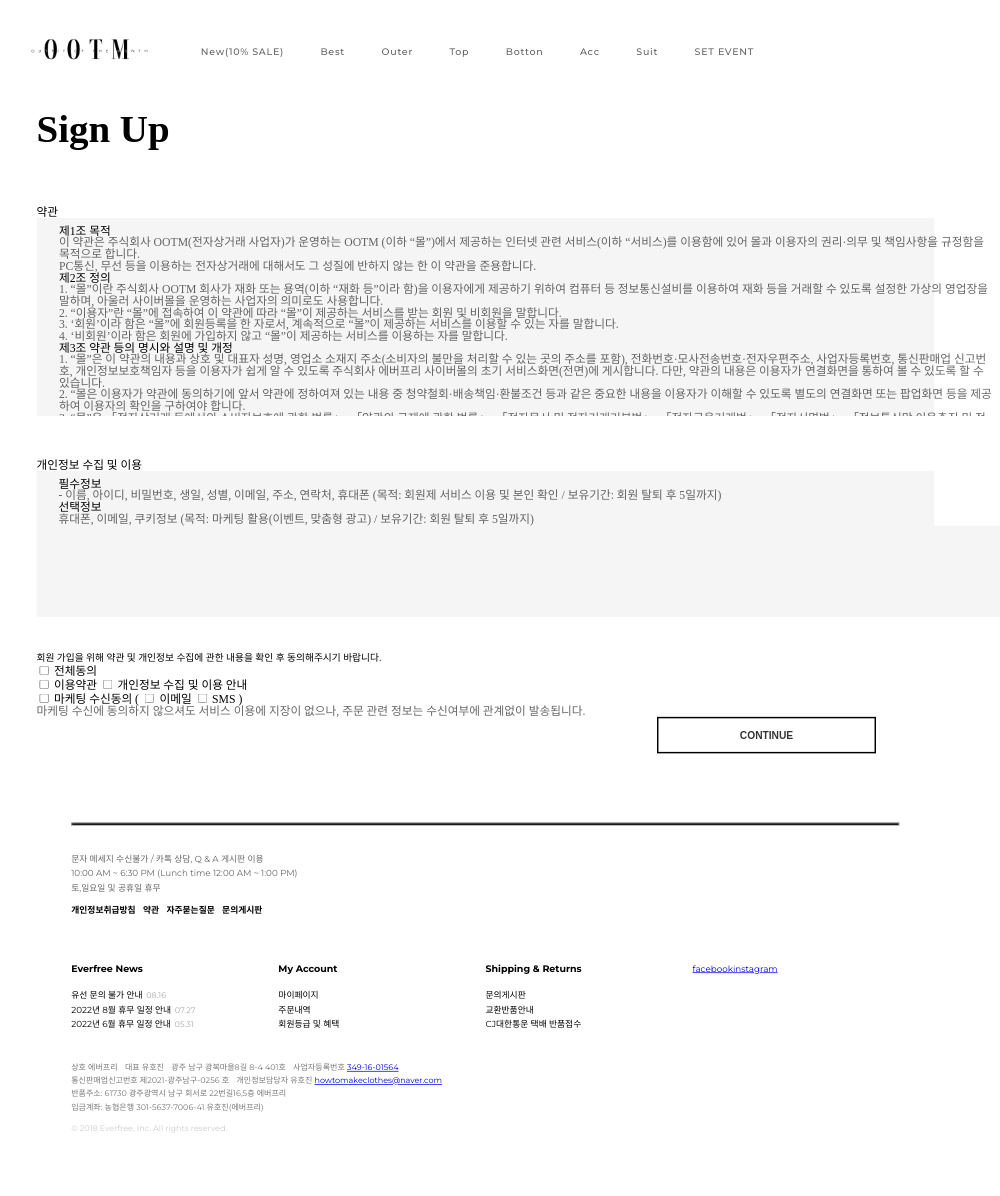
Repository: parkjunhoo/ootm
Page: ootm/src/main/webapp/html/signup.html
These files come from the project's save history. The page is drawn as it stood at one moment and after the next save; the edit follows.
The browser window is 1280 px wide. The page is 1370 px wide, so the pictures cover 1370 px, including what lies to the right of the window. The pictures show the whole page, at 73% of full size.

Above is the page before, as saved 2023-04-23 06:48:49.

### ootm/src/main/webapp/html/signup.html
<!DOCTYPE html>
<html>
	<head>
		<meta charset="UTF-8">
		<title>이달의 룩 - 회원가입 약관</title>
		<!-- 파비콘 -->
		<link rel="icon" href="/ootm/images/favicon.ico">
		 <!-- 글꼴 -->
        <link rel="preconnect" href="https://fonts.googleapis.com">
        <link rel="preconnect" href="https://fonts.gstatic.com" crossorigin>
        <link href="https://fonts.googleapis.com/css2?family=Montserrat:ital,wght@0,100;0,200;0,300;0,400;0,500;0,600;0,700;0,800;0,900;1,100;1,200;1,300;1,400;1,500;1,600;1,700;1,800;1,900&family=Noto+Sans+KR:wght@100;300;400;500;700;900&display=swap" rel="stylesheet">
		<!-- css -->
		<link rel="stylesheet" type="text/css" href="/ootm/css/signup_style.css"/>

        <!-- CSS -->
        <link rel="stylesheet" type="text/css" href="/ootm/css/reset.css"/>
        <link rel="stylesheet" type="text/css" href="/ootm/component/header/header.css"/>
        <link rel="stylesheet" type="text/css" href="/ootm/component/carousel/carousel.css"/>
        <link rel="stylesheet" type="text/css" href="/ootm/component/hoverbox/hoverbox.css"/>
        <link rel="stylesheet" type="text/css" href="/ootm/component/footer/footer.css"/>
	</head>
	<body>
		<header-component class="header" logoDark="true" logoHoverDark="true" mTextColor="black" bgHoverColor="#F9F9F9">
		</header-component>
			<h1 class="signup">Sign Up</h1>
			<form>
				<div class="terms">
					<h3>약관</h3>
					<div class="terms_box">
  						<div class="terms_content">
   							<h5>제1조 목적</h5>
   								<p>
   								   이 약관은 주식회사 OOTM(전자상거래 사업자)가 운영하는 OOTM (이하 “몰”)에서 제공하는 인터넷 관련 서비스(이하 “서비스)를 이용함에 있어 몰과 이용자의 권리·의무 및 책임사항을 규정함을 목적으로 합니다.<br/>
								   PC통신, 무선 등을 이용하는 전자상거래에 대해서도 그 성질에 반하지 않는 한 이 약관을 준용합니다.
   								</p>
    						<h5>제2조 정의</h5>
    							<p>
									1. “몰”이란 주식회사 OOTM 회사가 재화 또는 용역(이하 “재화 등”이라 함)을 이용자에게 제공하기 위하여 컴퓨터 등 정보통신설비를 이용하여 재화 등을 거래할 수 있도록 설정한 가상의 영업장을 말하며, 아울러 사이버몰을 운영하는 사업자의 의미로도 사용합니다.<br/>
									2. “이용자”란 “몰”에 접속하여 이 약관에 따라 “몰”이 제공하는 서비스를 받는 회원 및 비회원을 말합니다.<br/>
									3. ‘회원’이라 함은 “몰”에 회원등록을 한 자로서, 계속적으로 “몰”이 제공하는 서비스를 이용할 수 있는 자를 말합니다.<br/>
									4. ‘비회원’이라 함은 회원에 가입하지 않고 “몰”이 제공하는 서비스를 이용하는 자를 말합니다.<br/>
    							</p>
    						<h5>제3조 약관 등의 명시와 설명 및 개정</h5>
    							<p>
    								1. “몰”은 이 약관의 내용과 상호 및 대표자 성명, 영업소 소재지 주소(소비자의 불만을 처리할 수 있는 곳의 주소를 포함), 전화번호·모사전송번호·전자우편주소, 사업자등록번호, 통신판매업 신고번호, 개인정보보호책임자 등을 이용자가 쉽게 알 수 있도록 주식회사 에버프리 사이버몰의 초기 서비스화면(전면)에 게시합니다. 다만, 약관의 내용은 이용자가 연결화면을 통하여 볼 수 있도록 할 수 있습니다.<br/>
									2. “몰은 이용자가 약관에 동의하기에 앞서 약관에 정하여져 있는 내용 중 청약철회·배송책임·환불조건 등과 같은 중요한 내용을 이용자가 이해할 수 있도록 별도의 연결화면 또는 팝업화면 등을 제공하여 이용자의 확인을 구하여야 합니다.<br/>
									3. “몰”은 「전자상거래 등에서의 소비자보호에 관한 법률」, 「약관의 규제에 관한 법률」, 「전자문서 및 전자거래기본법」, 「전자금융거래법」, 「전자서명법」, 「정보통신망 이용촉진 및 정보보호 등에 관한 법률」, 「방문판매 등에 관한 법률」, 「소비자기본법」 등 관련 법을 위배하지 않는 범위에서 이 약관을 개정할 수 있습니다.<br/>
									4. “몰”이 약관을 개정할 경우에는 적용일자 및 개정사유를 명시하여 현행약관과 함께 몰의 초기화면에 그 적용일자 7일 이전부터 적용일자 전일까지 공지합니다. 다만, 이용자에게 불리하게 약관내용을 변경하는 경우에는 최소한 30일 이상의 사전 유예기간을 두고 공지합니다. 이 경우 "몰“은 개정 전 내용과 개정 후 내용을 명확하게 비교하여 이용자가 알기 쉽도록 표시합니다.<br/>
									5. “몰”이 약관을 개정할 경우에는 그 개정약관은 그 적용일자 이후에 체결되는 계약에만 적용되고 그 이전에 이미 체결된 계약에 대해서는 개정 전의 약관조항이 그대로 적용됩니다. 다만 이미 계약을 체결한 이용자가 개정약관 조항의 적용을 받기를 원하는 뜻을 제3항에 의한 개정약관의 공지기간 내에 “몰”에 송신하여 “몰”의 동의를 받은 경우에는 개정약관 조항이 적용됩니다.<br/>
									6. 이 약관에서 정하지 아니한 사항과 이 약관의 해석에 관하여는 전자상거래 등에서의 소비자보호에 관한 법률, 약관의 규제 등에 관한 법률, 공정거래위원회가 정하는 「전자상거래 등에서의 소비자 보호지침」 및 관계법령 또는 상관례에 따릅니다.<br/>
    							</p>
    							<p>
    								약관 내용 계속.........
    							</p>
    						<!-- 약관 내용 계속 ....... -->
  						</div>
					</div>
				</div>
			</form>
			<form>
				<div class="privacy">
					<h3>개인정보 수집 및 이용</h3>
					<div class="privacy_box">
  						<div class="privacy_content">
  							<h5>필수정보</h5>
  							<p>
  								- 이름, 아이디, 비밀번호, 생일, 성별, 이메일, 주소, 연락처, 휴대폰 (목적: 회원제 서비스 이용 및 본인 확인 / 보유기간: 회원 탈퇴 후 5일까지)
  							</p>
  							<h5>선택정보</h5>
  							<p>
  								휴대폰, 이메일, 쿠키정보 (목적: 마케팅 활용(이벤트, 맞춤형 광고) / 보유기간: 회원 탈퇴 후 5일까지)
  							</p>
  						</div>
					</div>
			</form>
			<form>
				<div class="agree">
					<p id="agree_content">회원 가입을 위해 약관 및 개인정보 수집에 관한 내용을 확인 후 동의해주시기 바랍니다.</p>
					<div class="agree_box">
  						<div class="agree_content">
  							<input type="checkbox" id="full_agreement">
   							<label for="full_agreement">전체동의</label><br/>

   							<input type="checkbox" id="terms_of_use">
   							<label for="terms_of_use">이용약관</label>

   							<input type="checkbox" id="information_use">
   							<label for="information_use">개인정보 수집 및 이용 안내</label><br/>

   							<input type="checkbox" id="Marketing_opt_in">
   							<label for="Marketing_opt_in">마케팅 수신동의 (</label>

   							<input type="checkbox" id="email">
   							<label for="email">이메일</label>
   							<input type="checkbox" id="SMS">
   							<label for="SMS">SMS )</label><br/>

   							<p>마케팅 수신에 동의하지 않으셔도 서비스 이용에 지장이 없으나, 주문 관련 정보는 수신여부에 관계없이 발송됩니다.</p>
  						</div>
  					</div>

				</div>
			</form>
			<form action="/ootm/jsp/signup.jsp">
				<button class="my-button">CONTINUE</button>
			</form>

		<footer-component class="footer">
		</footer-component>
        <script src="../component/header/header.js"></script>
        <script src="../component/carousel/carousel.js"></script>
        <script src="../component/hoverbox/hoverbox.js"></script>
        <script src="../component/footer/footer.js"></script>
	</body>
</html>

### ootm/src/main/webapp/css/signup_style.css
@charset "UTF-8";

.header {
	position: fixed;
	top: 0;
	left: 0;
	right: 0;
	padding-top: 30px;
}

.signup {
	margin-top: 150px;
	margin-left: 50px;
	font-size: 40pt;
	font-weight: bold;
}

.terms {
	margin-top: 80px;
	margin-left: 50px;
}

.privacy {
	margin-top: 60px;
	margin-left: 50px;
}

.terms_box {
	width: 1300px;
	height: 250px;
	border: 1px solid #ccc;
	padding: 10px;
	overflow: auto; /* 스크롤 */
	background-color: #f5f5f5; /* 연한 회색 */
	border: none; /* 테두리 없애기 */
}

.terms_box .terms_content {
	padding: 0px 0px 30px 20px; /* 좌우상하 여백 */
}

.privacy_box {
	width: 1300px;
	height: 180px;
	border: 1px solid #ccc;
	padding: 10px;
	background-color: #f5f5f5; /* 연한 회색 */
	border: none; /* 테두리 없애기 */
}

.privacy_box .privacy_content {
	padding: 0px 0px 30px 20px; /* 좌우상하 여백 */
}

p {
	opacity: 0.6;
	color: black;
	font-size: 10pt;
	line-height: 180%; /* 줄간격 */
}

#agree_content {
	opacity: 1.0;
	color: black;
	font-size: 10pt;
	margin-top: 50px;
}

/* #full_agreement {
	font-weight: bold;
}

#terms_of_use {
	opacity: 0.6;
	color: black;
	font-size: 10pt;
} */
button {
	background-color: white;
	border: 2px solid #000000;
	color: #333;
	cursor: pointer;
	font-size: 14px;
	font-weight: bold;
	padding: 8px 16px;
	transition: all 0.3s ease;
	width: 300px;
	height: 50px;
	float: right;
	margin-right: 80px;
}

button:hover {
	background-color: #333;
	border-color: #333;
	color: white;
}

### ootm/src/main/webapp/component/carousel/carousel.css
carousel-component{
    width: 100%;
    height: 100%;
    display: flex;
    position: relative;
    overflow: hidden;
}
.carouselList{
    transition: left 1s;
    left:0;
    position: relative;
    display: flex;
    width: 100%;
    height: 100%;
    z-index:4;
}
.carouselItem{
    position: relative;
    flex-shrink: 0;
    width: 100%;
    height: 100%;
    background-size: cover;
    background-position: center;
    background-repeat: no-repeat;
}
.carouselDotsDiv{
    position: absolute;
    align-self: flex-end;
    display: flex;
    justify-content: center;
    width: 100%;
    height: 10%;
    z-index:6;
}

.carouselArrowsDiv{
    position: absolute;
    display: flex;
    width: 100%;
    height: 100%;
    z-index:5;
}

.carouselArrowsDiv>button{
    width: 100px;
    height: 100px;
    align-self: center;
    background-color: transparent;
    margin: 5%;
    border: none;
}
.carouselArrowsDiv>button:nth-child(2){
    margin-left: auto;
}

.carouselArrowBtn{
    cursor: pointer;
    transition: .5s;
    width: 30%;
    height: 30%;
    border-color: #4b4b4b;
    border-width: 2px;
    border-style: solid;
    transform: rotate(135deg);
}
.carouselArrowBtn:hover{
    border-color: white;
    border-width: 5px;
}

.carouselPreBtn{
    border-top: none;
    border-left: none;
}

.carouselNextBtn{
    margin-left: auto;
    border-bottom: none;
    border-right: none;
}

.carouselDotBtn{
    cursor: pointer;
    background-color: transparent;
    border: none;
    padding:10px 5px;
    box-sizing: content-box;
    width:fit-content;
    height: 4px;
    border-radius: 2px;
}

.carouselDot{
    border-radius: 3px;
    border: 1px solid white;
    width:3px;
    height: 3px;
    background-color: white;
    transition: 1s;
    opacity: .6;
}

.carouselSelectedDot{
	border-radius: 0px;
    width:15px;
    height: 2px;
    background-color: white;
    transition: 1s;
    opacity: 1;
}

### ootm/src/main/webapp/component/hoverbox/hoverbox.css
.superBox{
    position: relative;
    width: 100%;
    height: 100%;
    overflow: hidden;
}
.beforeBox{
    width: 100%;
    height: 100%;
    background-position: center;
    background-repeat: no-repeat;
    background-size: cover;
}
.afterBox{
    position: absolute;
    top:0;
    left: 0;
    width: 100%;
    height: 100%;
    opacity: 0;
    transition: .5s;
}
.upAnim{
    position: relative;
    left: 0;
    transform:translateY(100%);
    transition: .7s;
}
.downAnim{
    position: relative;
    transform:translateY(-100%);
    transition: .7s;
}
.opacityAnim{
    opacity: 0;
    transition: .7s;
}
.superBox:hover .afterBox{
    opacity: 1;
}

.superBox:hover .upAnim{
    transform:translateY(0);
}
.superBox:hover .downAnim{
    transform:translateY(0);
}
.superBox:hover .opacityAnim{
    opacity: 1;
}

### ootm/src/main/webapp/component/footer/footer.css
footer{
    background-color: white;
    max-width: 100%;
    padding:8vh 30px 8vh 30px;
    margin-top:30px;
    font-family: 'Montserrat', 'Noto Sans KR', sans-serif;
    clear: both;
}
.footerOuter{
    width:97%;
    margin:0 auto;
    padding: 30px 0 30px 0;
}
.footerOuter>hr{
    height: 1.3px;
    background-color: black;
    margin-bottom: 5vh;
}
.footerOuter h5{
    font-size: 13px;
    font-weight: 700;
    margin-bottom: 15px;
}
.footerContentDiv{
    width: 100%;
    display: flex;
    font-weight: 400;
    font-size: 12px;
    line-height: 1.65;
}

.deskInfo{
    width: 100%;
}
.deskLinkDiv{
    display: flex;
    padding-top:10px;
    width: 100%;
    height: 100%;
}
.deskLinkDiv a{
    margin-right:10px;
    font-weight: bold;
    color:black;
    text-decoration: none;
}

.footerTextUnderline{
    width: 0%;
    height: 1px;
    background-color: #222;
    transition: .5s;
}

.deskLinkDiv a:hover>.footerTextUnderline{
    width:100%;
}


.footerContentLeftDiv{
    width: 50%;
}
.footerContentRightDiv{
    width: 50%;
    display: flex;
}
.footerContentRightDiv>div{
    width: 25%;
}
.footerIconMenu{
    width:1%;
}

.footerContentRightDiv .date{
    color: #aaa;
    font-size: 11px;
    margin-left: 5px;
}
.footerMenuDiv a{
    display: block;
    text-decoration: none;
    color:black;
}

.companyDescDiv{
    margin-top: 40px;
}
.companyDescDiv ul{
    display: flex;
    flex-wrap: wrap;
    width: 50%;
    white-space: nowrap;
    color:#787878;
}
.companyDescDiv ul>li{
    font-size: 11px;
    line-height: 1.65;
    padding-right: 10px;
}
.copyright{
    color:#aaa;
    font-size:11px;
    margin-top:15px;
}



@media (max-width:1300px){
    .footerContentDiv{
        display: block;
    }
    .footerContentLeftDiv{
        width: 100%;
        padding-bottom: 30px;
    }
    .footerContentRightDiv{
        width: 100%;
        padding-top: 30px;
    }
}

@media (max-width:1000px){
    .footerContentRightDiv{
        width: 0%;
        display: none;
    }
}


footer ol,footer ul {
	list-style: none;
    padding-inline-start: 0px;

}
footer p{
 	margin-block-start: 0;
    margin-block-end: 0;
    margin-inline-start: 0px;
    margin-inline-end: 0px;
}

Loaded but not shown: ootm/src/main/webapp/css/reset.css (common file); ootm/src/main/webapp/component/header/header.js (584 lines, source omitted); ootm/src/main/webapp/component/footer/footer.js (307 lines, source omitted); ootm/src/main/webapp/component/carousel/carousel.js (151 lines, source omitted); ootm/src/main/webapp/component/hoverbox/hoverbox.js (26 lines, source omitted); ootm/src/main/webapp/component/header/header.css (530 lines, source omitted)

After the next save:
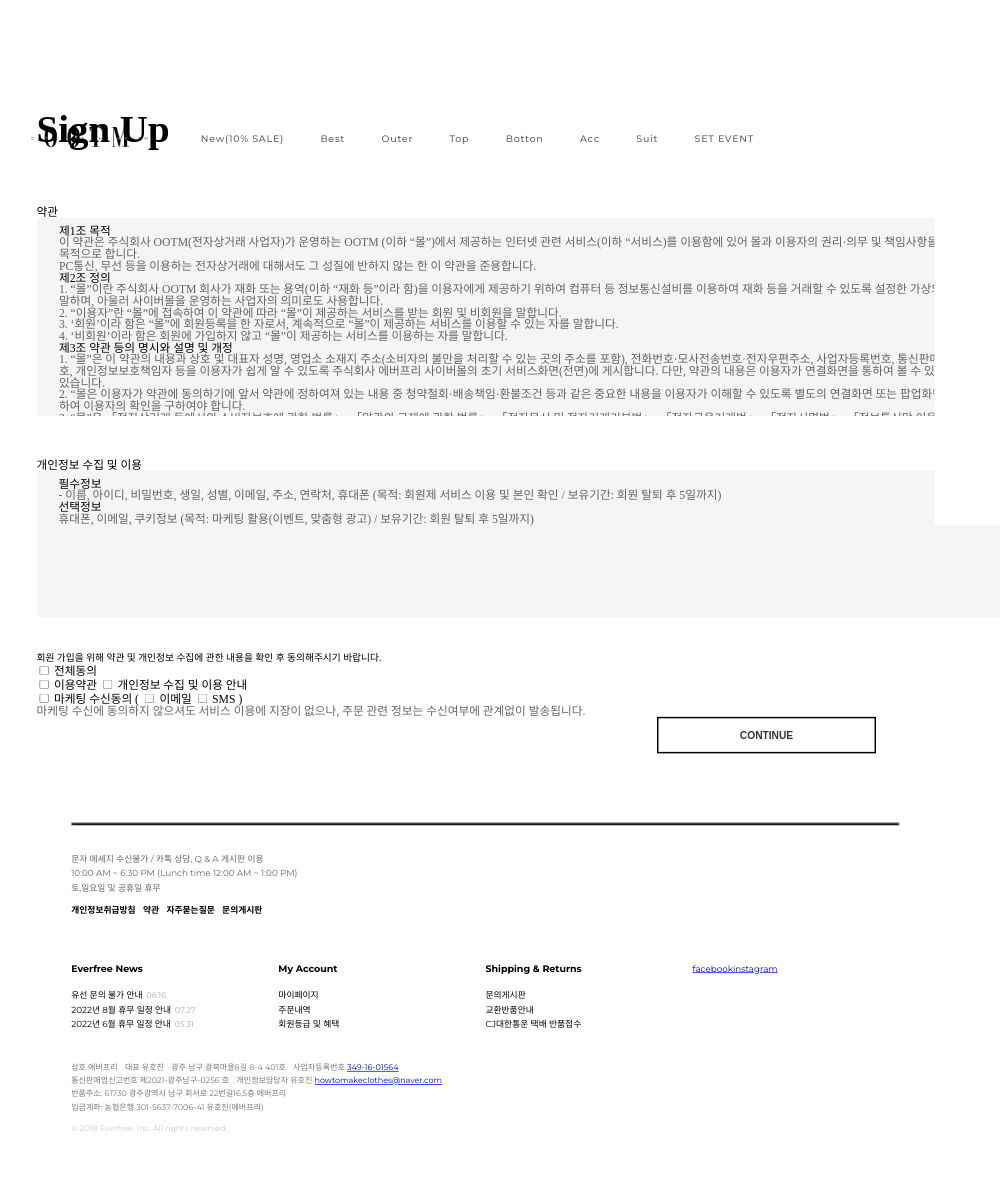
Saved 5 h 32 min later.
--- a/ootm/src/main/webapp/css/signup_style.css
+++ b/ootm/src/main/webapp/css/signup_style.css
@@ -1,12 +1,4 @@
 @charset "UTF-8";
-
-.header {
-	position: fixed;
-	top: 0;
-	left: 0;
-	right: 0;
-	padding-top: 30px;
-}
 
 .signup {
 	margin-top: 150px;

After the save that followed:
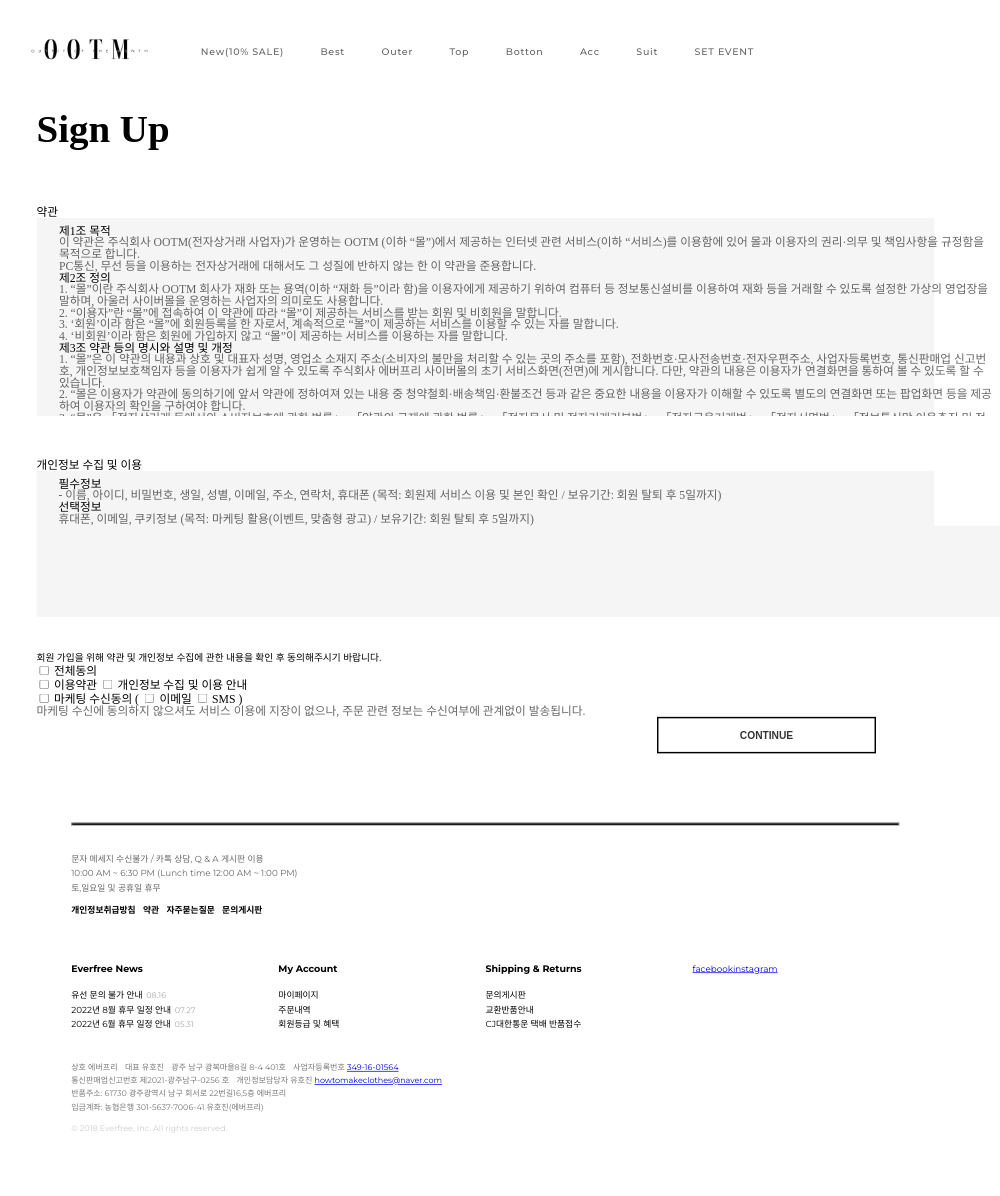
Saved 38 s later.
--- a/ootm/src/main/webapp/css/signup_style.css
+++ b/ootm/src/main/webapp/css/signup_style.css
@@ -1,4 +1,12 @@
 @charset "UTF-8";
+
+.header {
+	position: fixed;
+	top: 0;
+	left: 0;
+	right: 0;
+	padding-top: 30px;
+}
 
 .signup {
 	margin-top: 150px;
